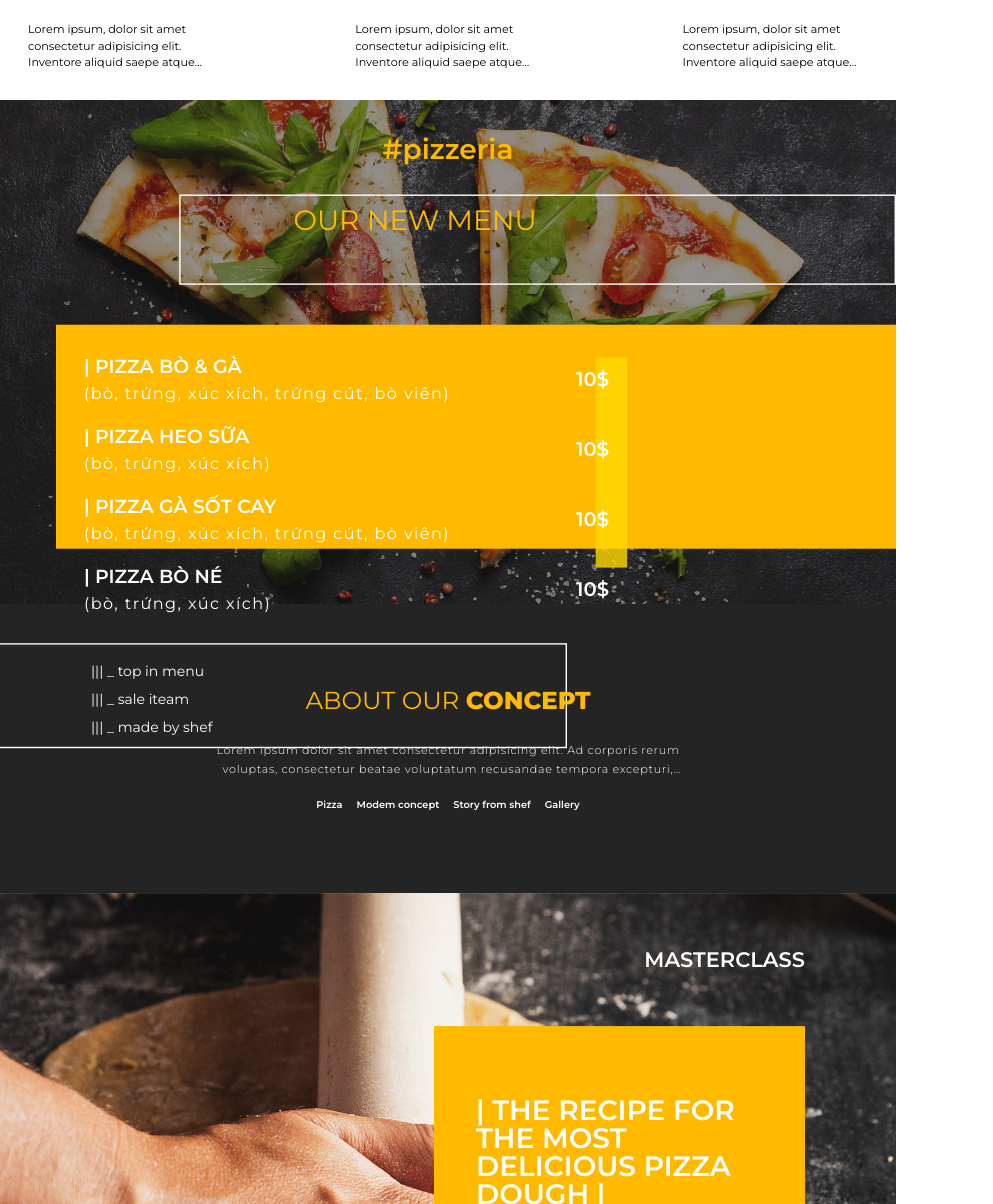
Repository: phu1204/pizzeria.github.io
Page: index.html
These files come from the project's save history. The page is drawn as it stood at one moment and after the next save; the edit follows.
The browser window is 1280 px wide. The page is 1419 px wide, so the pictures cover 1419 px, including what lies to the right of the window. The pictures show the part of the page from y = 1297 to 3017 px (the page is 4798 px tall), at 70% of full size.
The style sheet was rebuilt from its Sass, Less or Tailwind sources for each picture, by a compiler version that may differ from the author's.

Above is the page before, as saved 2021-07-29 21:58:07.

After the next save:
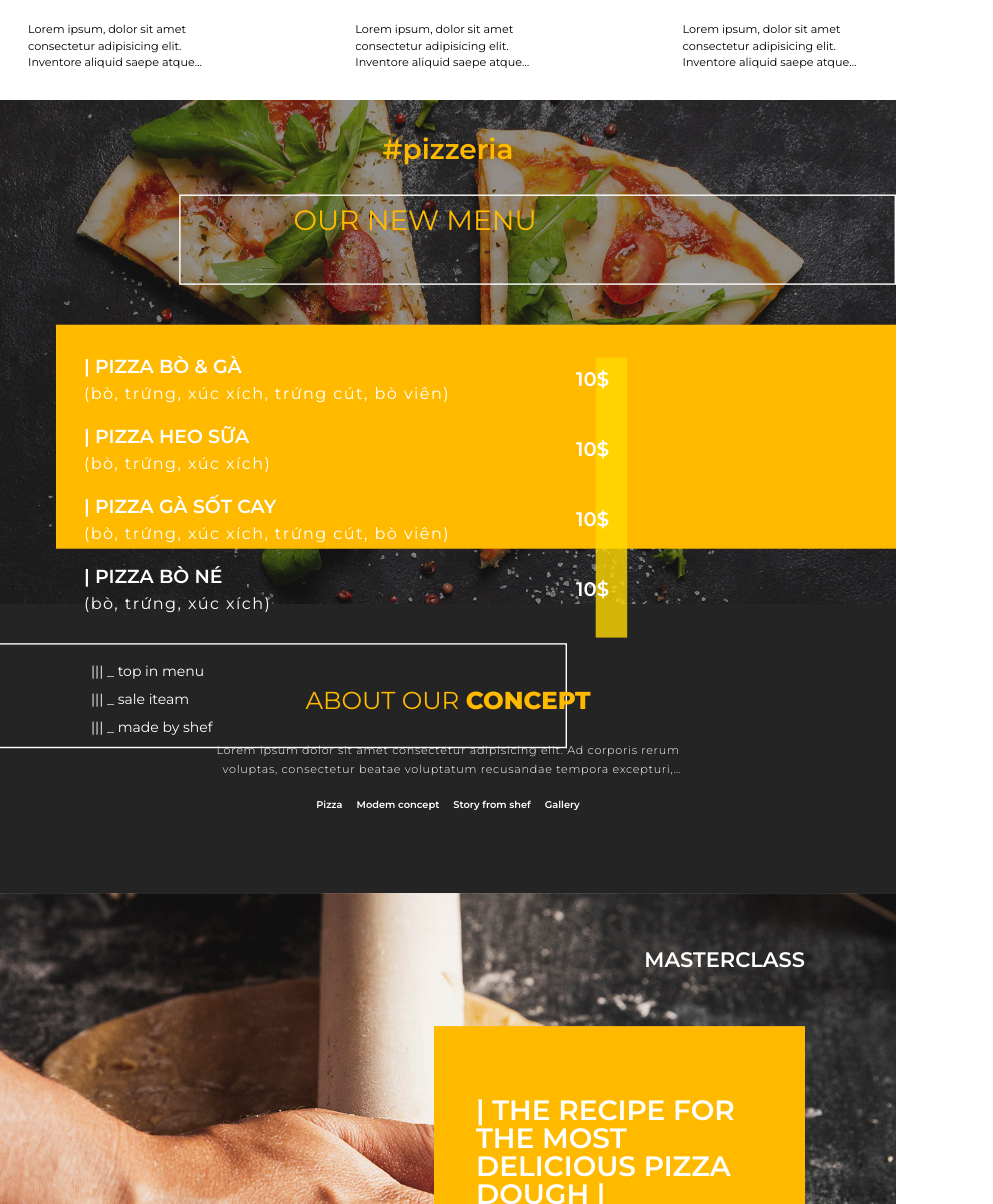
Saved 8 s later.
--- a/scss/_menu.scss
+++ b/scss/_menu.scss
@@ -57,7 +57,7 @@
         content: "";
         position: absolute;
         width: 45px;
-        height: 300px;
+        height: 400px;
         background-color: rgba(255, 217, 0, 0.801);
 
         top: 20%;
